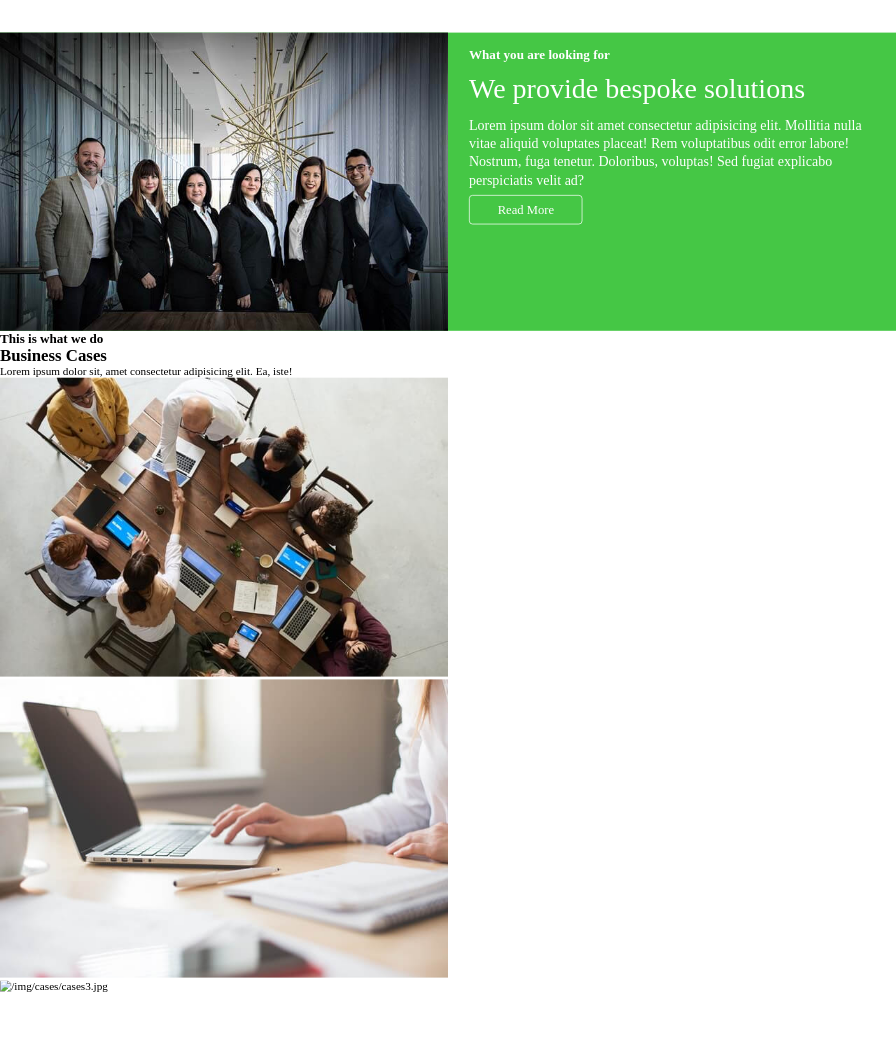
Repository: reemoon-ctrl/swiftdisk-Website-Flexbox
Page: index.html
The author's editor kept a copy of each file at every save. The page is drawn from the files as they stood at one save, then again after a run of saves.
The browser window is 1280 px wide. The pictures show the part of the page from y = 952 to 2872 px (the page is 2460 px tall before and 2872 px after), at 70% of full size.

Above is the page before, as saved 2024-07-26 23:23:55.

### index.html
<!DOCTYPE html>
<html lang="en">
<head>
    <meta charset="UTF-8">
    <meta name="viewport" content="width=device-width, initial-scale=1.0">
    <title>
        Swift Desk
    </title>
    <link rel="stylesheet" href="https://cdnjs.cloudflare.com/ajax/libs/font-awesome/6.0.0-beta3/css/all.min.css">

    <link rel="stylesheet" href="index.css">
</head>
<body>
    <div class="show-case">
        <header>
            <div class="nav-bar">
                <div class="title-bar">
                    <i class="fas fa-desktop fa-2x" style="color: rgb(37, 187, 37)"></i>
                    <h1 class="title"><span class="fword"> Swift</span>Desk</h1>
                </div>
                <div class="link-bar">
                    <a href="">Home</a>
                    <a href="#about">About</a>
                    <a href="">Cases</a>
                    <a href="">Blog</a>
                    <a href="">Contact</a>
                </div>
            </div>
        </header>
        <header class="hd-content">
            <h1>The Sky Is The Limit</h1>
            <p>We provide world class financial assistance
            </p>
            <a href="">>Read More</a>

        </header>

    </div>
    <main>
        <div class="about-section">
            <ul id="about"class="about-srvice" >
                <li><i class="fas fa-university " ></i>
                    <h3>Portfolio Manager</h3>
                    <p>Lorem ipsum dolor sit, amet consectetur adipisicing elit. Voluptate, voluptas!</p>
                </li>
                <li><i class="fas fa-book-open-reader " ></i>
                    <h3>Portfolio Manager</h3>
                    <p>Lorem ipsum dolor sit, amet consectetur adipisicing elit. Voluptate, voluptas!</p></li>
                <li><i class="fas fa-pen-fancy " ></i>
                    <h3>Tax&Custodial</h3>
                    <p>Lorem ipsum dolor sit, amet consectetur adipisicing elit. Voluptate, voluptas!</p></li>
            </ul>
        </div>
        <div>
            <div class="solutions">
                <img src="/img/home/people.jpg" alt="people">
                <div class="solution-content">
                    <h3>What you are looking for</h3>
                    <h2>We provide bespoke solutions</h2>
                    <p>Lorem ipsum dolor sit amet consectetur
                        adipisicing elit. Mollitia nulla vitae aliquid voluptates placeat! Rem voluptatibus odit error labore! Nostrum, fuga tenetur. Doloribus, voluptas! Sed
                        fugiat explicabo perspiciatis velit ad?</p>
                    <a href="index.html">Read More</a>
                 </div>
            </div>
        </div>
        <div class="Business-case">
            <div class="Business-case-content">
                <h3>This is what we do</h3>
                <h2>Business Cases</h2>
                <p>Lorem ipsum dolor sit, amet consectetur
                     adipisicing elit. Ea, iste!</p>
            </div>
            <div>
                <div class="BCimg BCimg1"><img src="/img/cases/cases1.jpg" alt=""></div>
                <div class="BCimg BCimg2"><img src="/img/cases/cases2.jpg" alt=""></div>
                <div class="BCimg BCimg3"><img src="" alt="/img/cases/cases3.jpg"></div>
                <div class="BCimg BCimg4"><img src="" alt=""></div>
                <div class="BCimg BCimg5"><img src="" alt=""></div>
                <div class="BCimg BCimg6"><img src="" alt=""></div>
                <div class="BCimg BCimg7"><img src="" alt=""></div>
                <div class="BCimg BCimg8"><img src="" alt=""></div>
            </div>
        </div>

    </main>


</body>
</html>

### index.css
*{
    box-sizing: border-box;
    margin: 0;
    padding: 0;
}
body{

}
.nav-bar{
    display: flex;
    justify-content:space-between ;
    padding: 10px 20px;
    color:#fff;




}
.title-bar{
    align-items: center;
    flex-grow: 1;
    display: flex;
    gap:.5rem;


}
.title-bar h1{
    display:inline-block;
    font-size:2.5rem;
    font-weight: 400;
}

.link-bar{

    /* flex-grow:1 ; */
    align-self: center;
    display: flex;
}
.link-bar a{
    padding: 10px 20px;
    color:#fff;
    text-decoration: none;


}
.link-bar a:hover{
    border-bottom: 1px #25bb25 solid;
}
.fword{
    color:#25bb25;
}
.show-case{
   height:100vh;
   text-align: center;
   color:#fff;

   background:  url('img/home/showcase.jpg') no-repeat center center/cover ;
}
.hd-content{
    padding-top: 18rem;
}
.hd-content h1{
    font-size: 3rem;
}
.hd-content p{
    font-size: 1.5rem;
    padding-top: .8rem;
    padding-bottom: .8rem;
}
.hd-content a{
    color: #fff;
    background:#45c745 ;
    padding: 10px 30px;
    border-radius: 5px;
    text-decoration: none;
    text-align: center;
}
.about-section ul{
    display: flex;
    list-style: none;
    gap: 20px;

}
.about-srvice{
    padding: 50px ;
}
.about-srvice li{
    text-align: center;
}
.about-srvice li i{
    background-color: rgb(69, 199, 69);
    color:#fff;
    width:70px;
    height: 70px;
    border-radius: 70px;
    font-size: 40px;
    padding-top:15px ;


}
.about-srvice li h3{
    padding-top: 20px;
}
.about-srvice li p{
    padding-top: 20px;
    font-size: 20px;
    color: dimgrey;
}

.solutions{
    display:flex;
    background: #45c745;
}
.solutions img{
    width:50%;
    flex-shrink: 1;

}
.solution-content{
    color:#fff;
    padding:20px 30px;
}
.solution-content{
    height:fit-content;
}
.solution-content h2{
    font-size: 40px;
    font-weight: 500;
    padding: 15px 0px;
}
.solution-content p{
    font-size: 20px;
    line-height: 1.3;
    margin-bottom: 20px;
}
.solution-content a{
    padding: 10px 40px;
    border: 1px solid;
    color:#fff;
    text-decoration: none;
    border-radius: 5px;
    font-size: 18px;

}

After the next 2 saves:
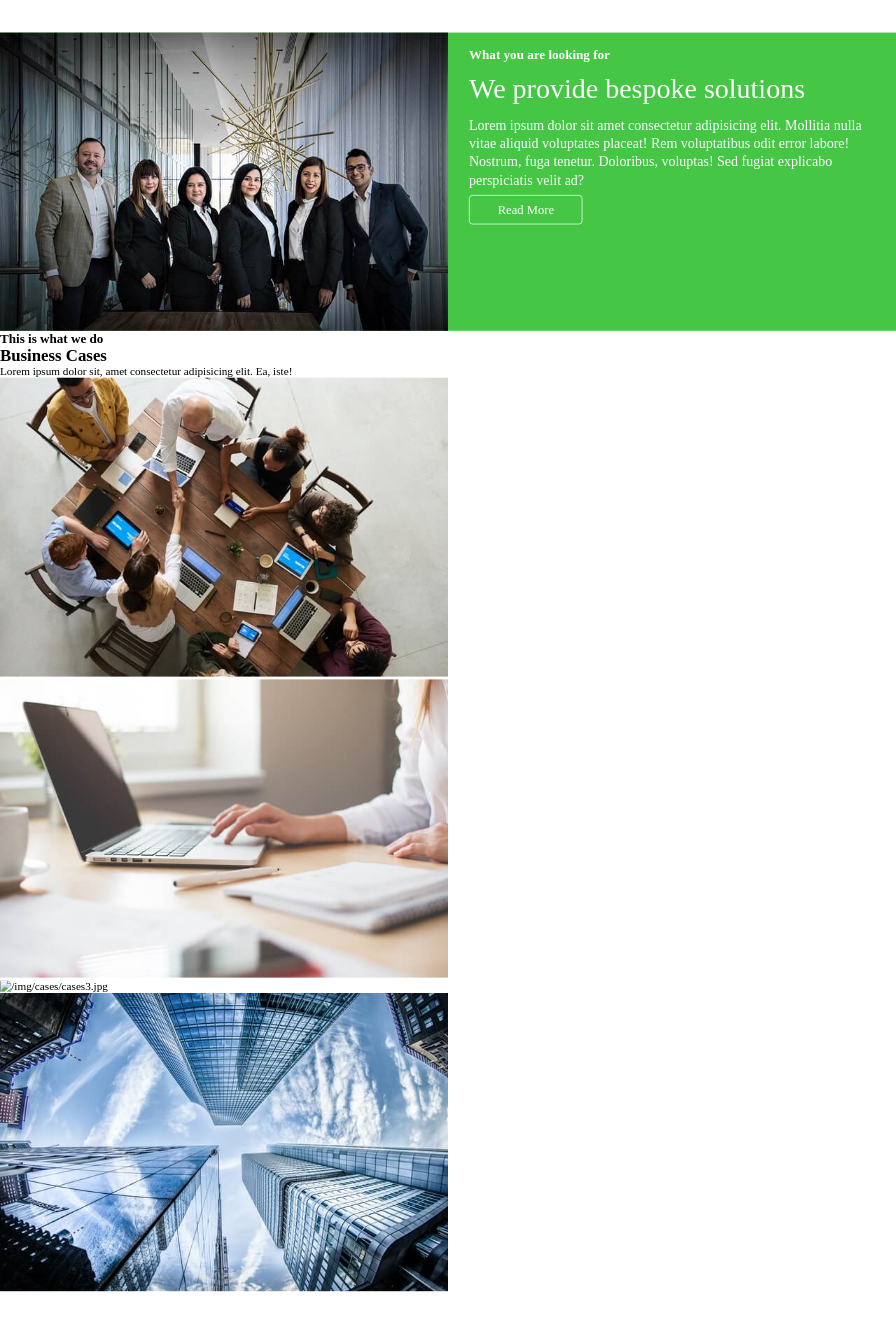
The 2 saves are shown as one change because they came seconds apart.
The last was saved 11 s later.
--- a/index.html
+++ b/index.html
@@ -75,7 +75,7 @@
                 <div class="BCimg BCimg1"><img src="/img/cases/cases1.jpg" alt=""></div>
                 <div class="BCimg BCimg2"><img src="/img/cases/cases2.jpg" alt=""></div>
                 <div class="BCimg BCimg3"><img src="" alt="/img/cases/cases3.jpg"></div>
-                <div class="BCimg BCimg4"><img src="" alt=""></div>
+                <div class="BCimg BCimg4"><img src="/img/cases/cases4.jpg" alt=""></div>
                 <div class="BCimg BCimg5"><img src="" alt=""></div>
                 <div class="BCimg BCimg6"><img src="" alt=""></div>
                 <div class="BCimg BCimg7"><img src="" alt=""></div>
